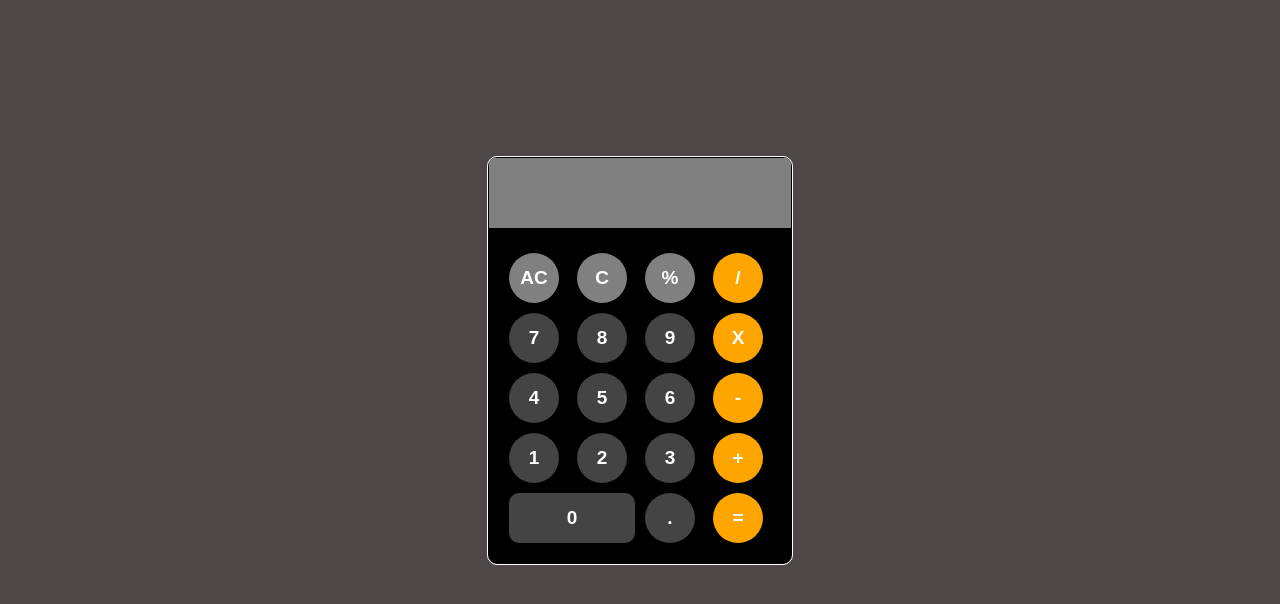
Repository: dmpelaez/calculator
Page: Calculator.html
An editor plug-in stored every save of this project. The page is shown before and after the next save, followed by the edit.
The browser window is 1280 px wide. The pictures show the whole page.

Above is the page before, as saved 2025-12-16 00:34:24.

### Calculator.html
<!DOCTYPE html>

  <html>
    <head>

      <title>Calculator</title>

      <!--CSS-->
      <link rel="stylesheet" href="Calculator.css">

    </head>
    <body>
      <!--Container-->
      <main class="container">

        <!--Sections-->
        <section class="Section">

          <!--Input section-->
          <input class="inputSection" name="display" value="" disabled>

          <!--Btns section-->
          <div class="btnSection">
            <button class="btn cancel">AC</button>
            <button class="btn signs">C</button>
            <button class="btn rmnder" onclick="appendNumber('%')">%</button>
            <button class="btn divide" onclick="appendNumber(' / ')">/</button>
            <button class="btn seven" onclick="appendNumber('7')">7</button>
            <button class="btn eight" onclick="appendNumber('8')">8</button>
            <button class="btn nine" onclick="appendNumber('9')">9</button>
            <button class="btn times" onclick="appendNumber(' * ')">X</button>
            <button class="btn four" onclick="appendNumber('4')">4</button>
            <button class="btn five" onclick="appendNumber('5')">5</button>
            <button class="btn six" onclick="appendNumber('6')">6</button>
            <button class="btn minus"  onclick="appendNumber(' - ')">-</button>
            <button class="btn one" onclick="appendNumber('1')">1</button>
            <button class="btn two" onclick="appendNumber('2')">2</button>
            <button class="btn three" onclick="appendNumber('3')">3</button>
            <button class="btn plus"  onclick="appendNumber(' + ')">+</button>
            <button class="btn zero" onclick="appendNumber('0')">0</button>
            <button class="btn dot" onclick="appendNumber('.')" >.</button>
            <button class="btn equal" onclick="equal()"">=</button>
          </div>
        </section>


      </main>

      <script src="Calculator.js"></script>
    </body>

  </html>

### Calculator.css
body {
  margin: 0;
  padding: 0;
  box-sizing: border-box;
  display: flex;
  align-items: center;
  justify-content: center;
  height: 100vh;
  background: rgb(78, 71, 71);
}

.container {
  border: 1px solid white;
  border-radius: 10px;
  overflow: hidden;
}

.Section {
display: flex;
flex-direction: column;
border: 1px solid black;
border-radius: 10px;
gap: 20px;
background: black;
}
.inputSection {
  color: white;
  padding: 20px;
  padding-bottom: 0px;


  height: 50px;

  font-size: 19px;
  font-weight: bold;
  background: gray;
  border: none;

}
.btnSection {
  display: grid;
  grid-template-columns: 1fr 1fr 1fr 1fr;
  padding: 20px;
  gap: 10px;
  padding-top: 5px;
}
.btn {
  border: none;
  height: 50px;
  width: 50px;
  border-radius: 50%;
  font-weight: bold;
  Font-size: 19px;
  cursor: pointer;
  color: white;
  background: rgb(68, 68, 68);
}
.btn:hover {
  opacity: 0.8;
}
.btn:active {
  opacity: 1;
}

.equal {
  grid-column: 4
}
.dot {
  grid-column: 3
}
.zero {
  grid-row: 5;
  grid-column: 1 / 2 span;
  background: white;
  width: auto;
  border-radius: 10px;
  background: rgb(68, 68, 68);
}
.cancel,
.signs,
.rmnder {
  background: gray;
}
.divide,
.times,
.minus,
.plus,
.equal {
  background: orange;
}

### Calculator.js

let answer = '';


function appendNumber(num) {
  answer += num;

  document.querySelector('.inputSection')
  .value = answer;
};


document.querySelector('.cancel')
.addEventListener('click', () => {
    answer = '';
    document.querySelector('.inputSection')
    .value = answer;
})

document.querySelector('.signs')
.addEventListener('click', () => {
  const value = document.querySelector('.inputSection').value.slice(0, -1);
  document.querySelector('.inputSection').value = value;
  answer = value;

});


function equal() {
  document.querySelector('.equal')
  .addEventListener('click', () => {
    try {
      answer = eval(answer);
      document.querySelector('.inputSection').value = answer;
    } catch {
      document.querySelector('.inputSection').value = "Error";
    }
  })
}

After the next save:
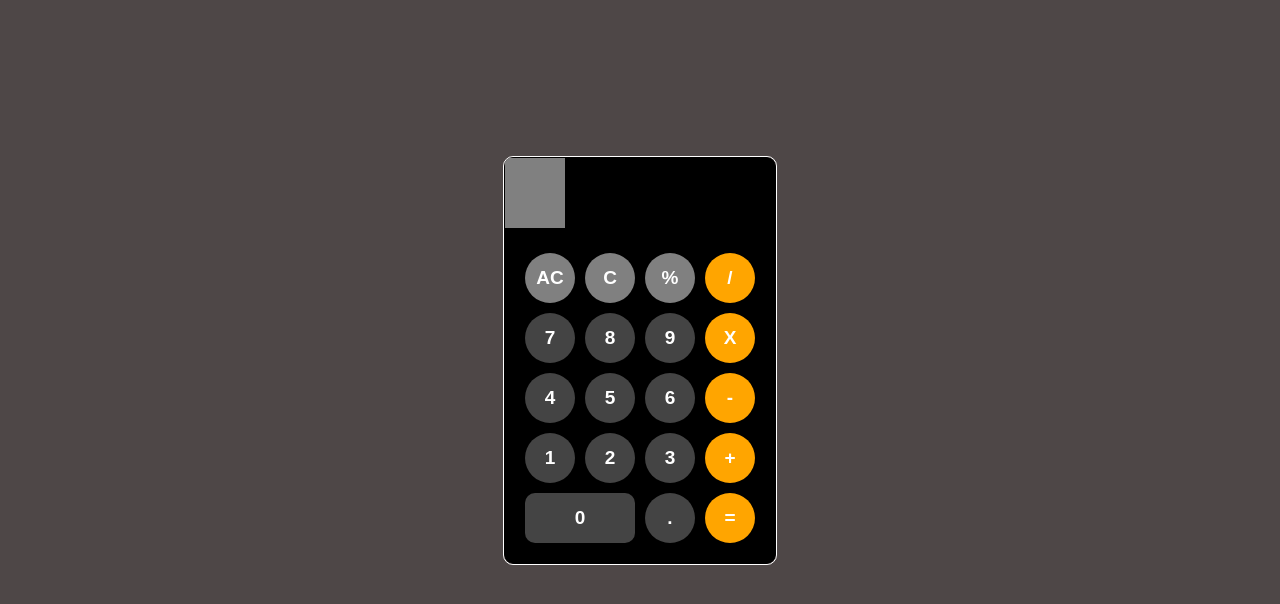
Saved 26 s later.
--- a/Calculator.css
+++ b/Calculator.css
@@ -28,7 +28,7 @@ background: black;
   padding: 20px;
   padding-bottom: 0px;
 
-
+  width: 20px;
   height: 50px;
 
   font-size: 19px;
